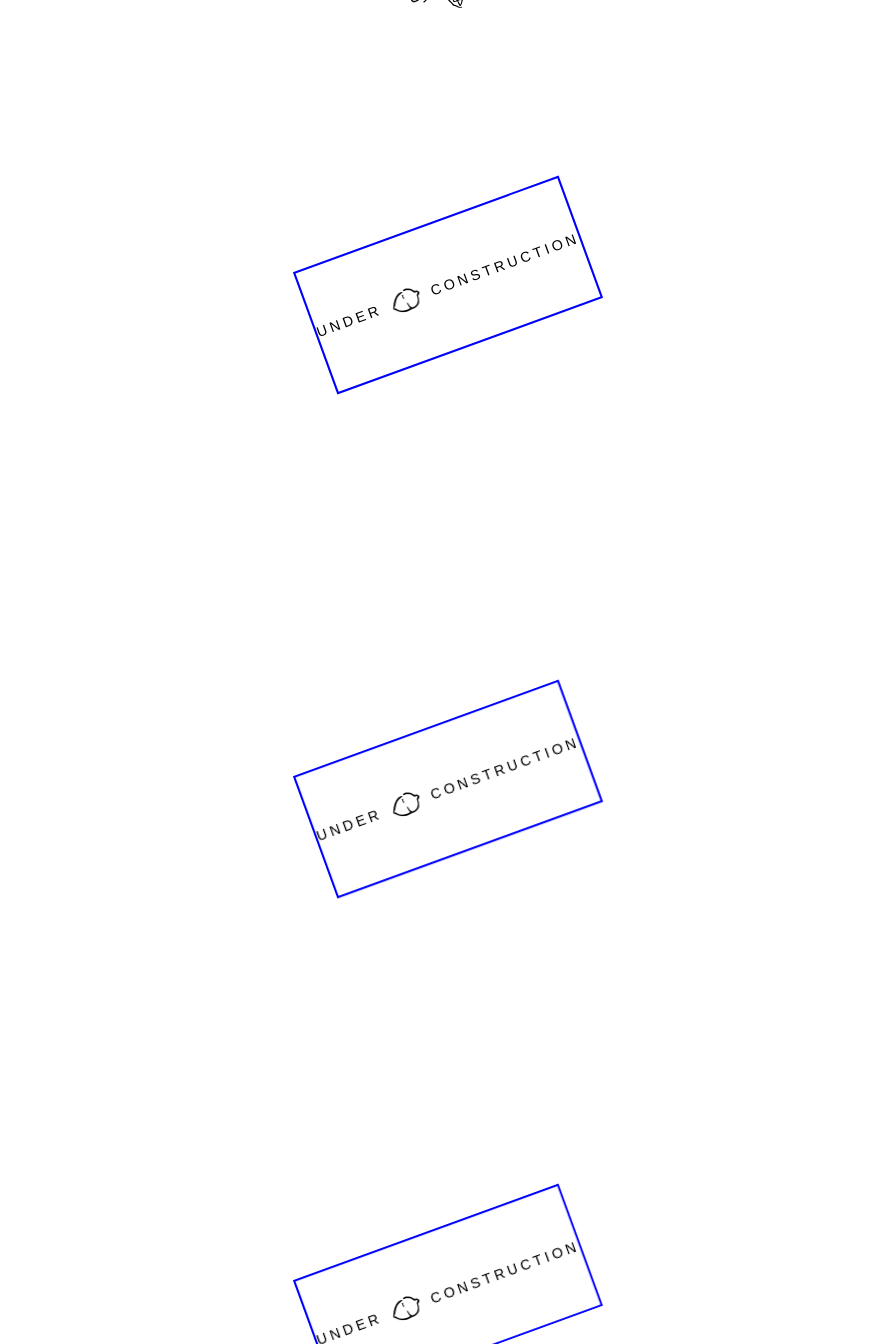
Repository: Achorn/achorn.github.io
Page: /
The author's editor kept a copy of each file at every save. The page is drawn from the files as they stood at one save, then again after the next save.
The browser window is 1280 px wide. The pictures show the part of the page from y = 673 to 2593 px (the page is 2880 px tall), at 70% of full size.
The project was rebuilt for these pictures with package versions that can differ from the ones it lists, and the page was loaded fresh each time.

Above is the page before, as saved 2023-05-10 10:48:23.

After the next save:
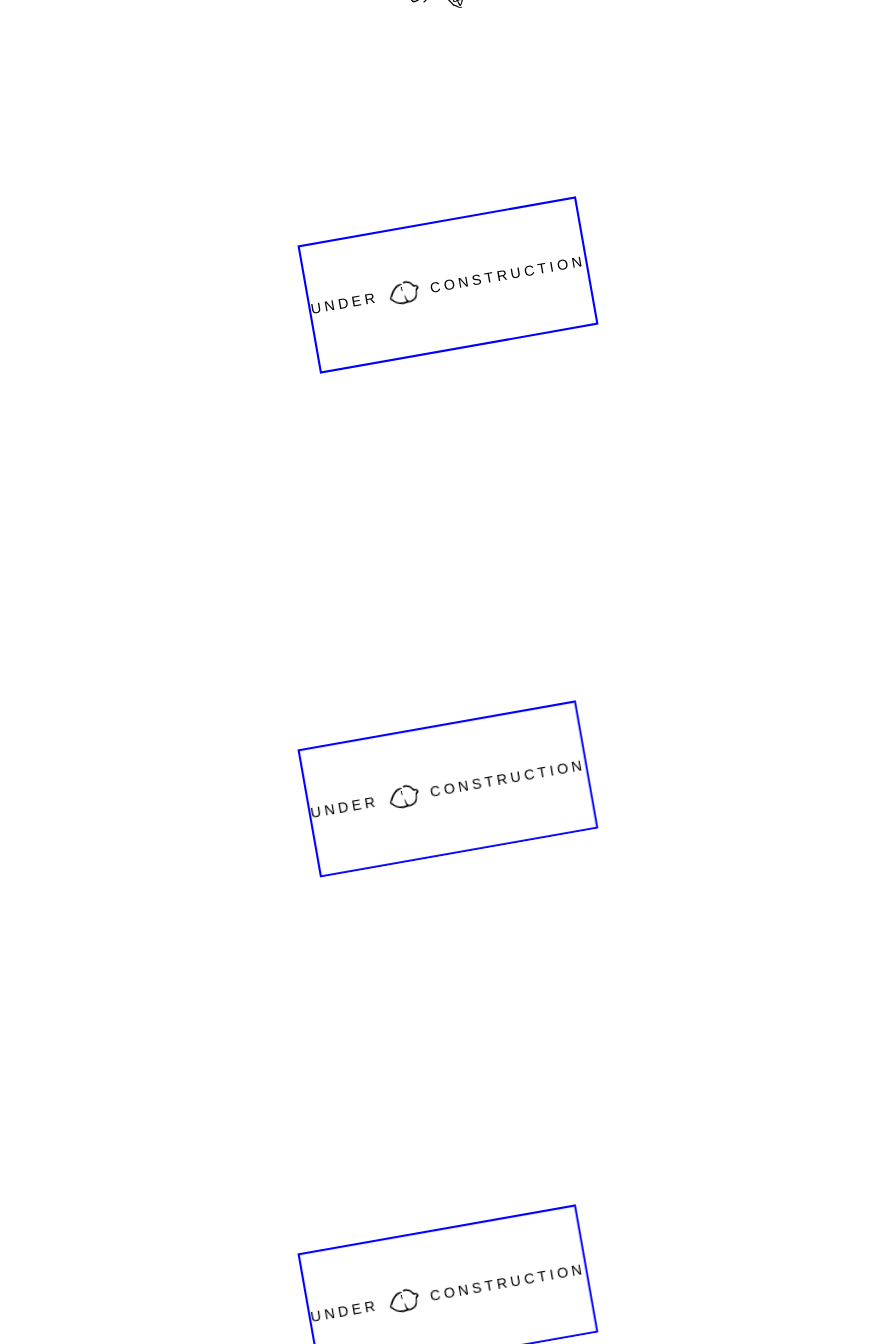
Saved 5 s later.
--- a/src/main/Main.css
+++ b/src/main/Main.css
@@ -82,7 +82,7 @@
   flex-direction: row;
   align-items: center;
   justify-content: center;
-  transform: rotate(340deg);
+  transform: rotate(350deg);
 }
 #under-construction-text {
   user-select: none;
